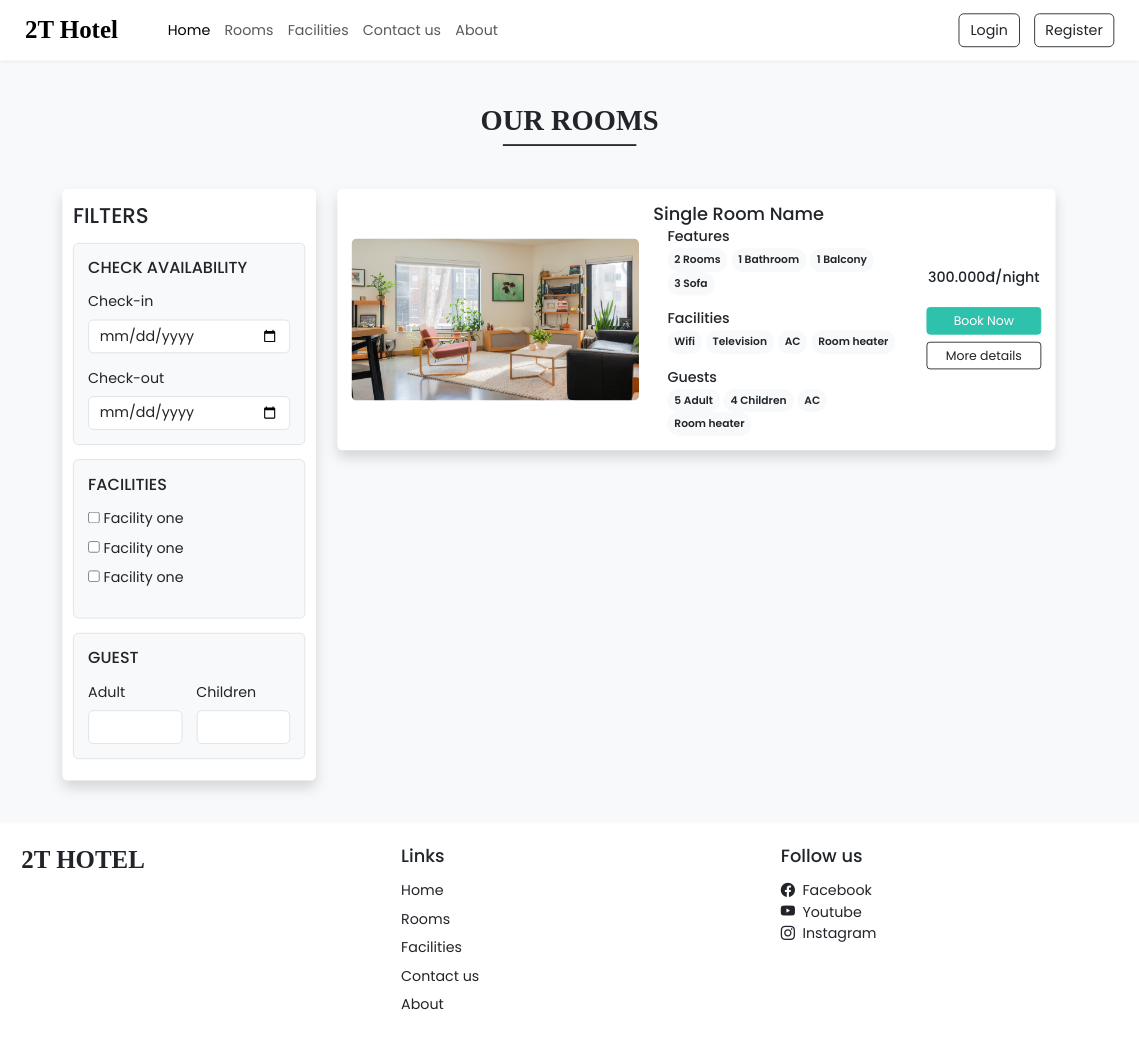
Repository: TaTongThanh2003/DoAnCoSo2024_BookingHotelWebsite
Page: http://localhost/WebsiteBookingHotel/rooms.php
An editor plug-in stored every save of this project. The page is shown before and after the next save, followed by the edit.
The browser window is 1280 px wide. The pictures show the whole page, at 89% of full size.
Some web fonts or font styles are not loaded; a fallback is used. The page is run by PHP 8.4 with error messages shown; the project is at /var/www/html/.

Above is the page before, as saved 2024-03-22 21:21:28.

### WebsiteBookingHotel/rooms.php
<!DOCTYPE html>
<html lang="en">

<head>
    <meta charset="UTF-8">
    <meta http-equiv="X-UA-Compatible" content="IE-edge">
    <meta name="viewport" content="width=device-width, initial-scale=1.0">
    <title>2T Hotel - ROOMS</title>
    <?php require('inc/links.php'); ?>
    <style>
    .pop:hover {
        border-top-color: var(--teal) !important;
        transform: scale(1.03);
        transition: all 0.3s;
    }
    </style>
    <link rel="stylesheet" href="https://cdn.jsdelivr.net/npm/swiper@11/swiper-bundle.min.css" />
    <style>
    @media screen and (max-width: 575px) {
        .availability-form {
            margin: 25px;
            padding: 0 35px;
        }
    }
    </style>
</head>

<body class="bg-light">
    <?php require('inc/header.php'); ?>

    <div class="my-5 px-4">
        <h2 class="fw-bold h-font text-center">OUR ROOMS</h2>
        <div class="h-line bg-dark"></div>
    </div>
    <div class="container">
        <div class="row">
            <div class="col-lg-3 col-md-12 mb-lg-0 mb-4 px-lg-0">
                <nav class="navbar navbar-expand-lg navbar-light bg-white rounded shadow ">
                    <div class="container-fluid flex-lg-column align-items-stretch">
                        <h4 class="mt-2">FILTERS</h4>
                        <button class="navbar-toggler " type="button" data-bs-toggle="collapse"
                            data-bs-target="#filterDropdown">
                            <span class="navbar-toggler-icon"></span>
                        </button>
                        <div class="collapse navbar-collapse flex-column align-items-stretch mt-2" id="filterDropdown">
                            <div class="border bg-light p-3 rounded mb-3">
                                <h5 class="mb-3" style="font-size: 18px;">CHECK AVAILABILITY</h5>
                                <label class="form-label">Check-in</label>
                                <input type="date" class="form-control shadow-none mb-3">
                                <label class="form-label">Check-out</label>
                                <input type="date" class="form-control shadow-none">
                            </div>
                            <div class="border bg-light p-3 rounded mb-3">
                                <h5 class="mb-3" style="font-size: 18px;">FACILITIES</h5>
                                <div class="mb-2">
                                    <input type="checkbox" id="f1" class="form-check-control shadow-none mb-3">
                                    <label class="form-check-label" for="f1">Facility one</label>
                                    <div class="mb-2">
                                        <input type="checkbox" id="f2" class="form-check-control shadow-none mb-3">
                                        <label class="form-check-label" for="f2">Facility one</label>
                                        <div class="mb-2">
                                            <input type="checkbox" id="f3" class="form-check-control shadow-none mb-3">
                                            <label class="form-check-label" for="f3">Facility one</label>
                                        </div>

                                    </div>
                                </div>
                            </div>
                            <div class="border bg-light p-3 rounded mb-3">
                                <h5 class="mb-3" style="font-size: 18px;">GUEST</h5>
                                <div class="d-flex">
                                    <div class="me-3">
                                        <label class="form-label">Adult</label>
                                        <input type="number" class="form-control shadow-none">
                                    </div>
                                    <div>
                                        <label class="form-label">Children</label>
                                        <input type="number" class="form-control shadow-none">
                                    </div>
                                </div>
                            </div>
                        </div>
                    </div>
                </nav>
            </div>

            <div class="col-lg-9 col-md-12 px-4">
                <div class="card mb-4 border-0 shadow">
                    <div class="row g-0 p-3 align-items-center ">
                        <div class="col-md-5 mb-lg-0 mb-md-0 mb-3">
                            <img src="images/rooms/1.jpg" class="img-fluid rounded">
                        </div>
                        <div class="col-md-5 px-lg-3 px-md-3 px-0">
                            <h5 class="mb-1">Single Room Name</h5>
                            <div class="features mb-3 px-lg-3">
                                <h6 class="mb-1">Features</h6>
                                <span class="badge rounded-pill bg-light text-dark text-wrap lh-base">
                                    2 Rooms
                                </span>
                                <span class="badge rounded-pill bg-light text-dark text-wrap lh-base">
                                    1 Bathroom
                                </span>
                                <span class="badge rounded-pill bg-light text-dark text-wrap lh-base">
                                    1 Balcony
                                </span>
                                <span class="badge rounded-pill bg-light text-dark text-wrap lh-base">
                                    3 Sofa
                                </span>
                            </div>
                            <div class="facilities mb-3 px-lg-3">
                                <h6 class="mb-1">Facilities</h6>
                                <span class="badge rounded-pill bg-light text-dark text-wrap lh-base">
                                    Wifi
                                </span>
                                <span class="badge rounded-pill bg-light text-dark text-wrap lh-base">
                                    Television
                                </span>
                                <span class="badge rounded-pill bg-light text-dark text-wrap lh-base">
                                    AC
                                </span>
                                <span class="badge rounded-pill bg-light text-dark text-wrap lh-base">
                                    Room heater
                                </span>
                            </div>
                            <div class="guests px-lg-3">
                                <h6 class="mb-1">Guests</h6>
                                <span class="badge rounded-pill bg-light text-dark text-wrap lh-base">
                                    5 Adult
                                </span>
                                <span class="badge rounded-pill bg-light text-dark text-wrap lh-base">
                                    4 Children
                                </span>
                                <span class="badge rounded-pill bg-light text-dark text-wrap lh-base">
                                    AC
                                </span>
                                <span class="badge rounded-pill bg-light text-dark text-wrap lh-base">
                                    Room heater
                                </span>
                            </div>
                        </div>
                        <div class="col-md-2 text-center">
                            <h6 class="mb-4">300.000đ/night</h6>
                            <a href="#" class="btn btn-sm w-100 text-white custom-bg shadow-none mb-2">Book Now</a>
                            <a href="#" class="btn btn-sm w-100 btn-outline-dark shadow-none">More details</a>
                        </div>
                    </div>
                </div>
            </div>
        </div>
    </div>

    <!-- footer -->
    <?php require('inc/footer.php'); ?>




    <!-- <script src="https://cdn.jsdelivr.net/npm/swiper@11/swiper-bundle.min.js"></script>
    <script src="https://cdn.jsdelivr.net/npm/bootstrap@5.3.3/dist/js/bootstrap.bundle.min.js"
        integrity="sha384-YvpcrYf0tY3lHB60NNkmXc5s9fDVZLESaAA55NDzOxhy9GkcIdslK1eN7N6jIeHz" crossorigin="anonymous">
    </script> -->
    <!-- <script>
    var swiper = new Swiper(".swiper-container", {
        spaceBetween: 30,
        effect: "fade",
        loop: true,
        autoplay: {
            delay: 3500,
            disableOnInteraction: false,
        }
    });
    var swiper = new Swiper(".swiper-testimonials", {
        effect: "coverflow",
        grabCursor: true,
        centeredSlides: true,
        slidesPerView: "auto",
        slidesPerView: "3",
        loop: true,
        coverflowEffect: {
            rotate: 50,
            stretch: 0,
            depth: 100,
            modifier: 1,
            slideShadows: false,
        },
        pagination: {
            el: ".swiper-pagination",
        },
        breakpoints: {
            320: {
                slidesPerView: 1,
            },
            640: {
                slidesPerView: 1,
            },
            768: {
                slidesPerView: 2,
            },
            1024: {
                slidesPerView: 3,
            },
        }
    });
    </script> -->
</body>

</html>

### WebsiteBookingHotel/inc/links.php
<link href="https://cdn.jsdelivr.net/npm/bootstrap@5.3.3/dist/css/bootstrap.min.css" rel="stylesheet"
    integrity="sha384-QWTKZyjpPEjISv5WaRU9OFeRpok6YctnYmDr5pNlyT2bRjXh0JMhjY6hW+ALEwIH" crossorigin="anonymous">
<link href="https://fonts.googleapis.com/css2?family=Merienda:wght@400;700&family=Poppins:wght@400;500;600&display=swap"
    rel="stylesheet">
<link rel="stylesheet" href="https://cdn.jsdelivr.net/npm/bootstrap-icons@1.11.3/font/bootstrap-icons.min.css">
<link rel="stylesheet" href="css/common.css">

### WebsiteBookingHotel/inc/footer.php
<div class="container-fluid bg-white mt-5">
    <div class="row">
        <div class="col-lg-4 p-4">
            <h3 class="h-font fw-bold fs-3">2T HOTEL</h3>
            <p>

            </p>
        </div>
        <div class="col-lg-4 p-4">
            <h5 class="mb-3">Links</h5>
            <a href="#" class="d-inline-block mb-2 text-dark text-decoration-none">Home</a><br>
            <a href="#" class="d-inline-block mb-2 text-dark text-decoration-none">Rooms</a><br>
            <a href="#" class="d-inline-block mb-2 text-dark text-decoration-none">Facilities</a><br>
            <a href="#" class="d-inline-block mb-2 text-dark text-decoration-none">Contact us</a><br>
            <a href="#" class="d-inline-block mb-2 text-dark text-decoration-none">About</a>
        </div>
        <div class="col-lg-4 p-4">
            <h5 class="mb-3">Follow us</h5>
            <a href="#" class="d-inline-block text-dark text-decoration-none md-2">
                <i class="bi bi-facebook me-1"></i> Facebook
            </a><br>
            <a href="#" class="d-inline-block text-dark text-decoration-none md-2">
                <i class="bi bi-youtube me-1"></i> Youtube
            </a><br>
            <a href="#" class="d-inline-block text-dark text-decoration-none ">
                <i class="bi bi-instagram me-1"></i> Instagram
            </a><br>
        </div>
    </div>
</div>

### WebsiteBookingHotel/css/common.css
:root{
    --teal: #2ec1ac;
    --teal_hover: #279e8c;
}

* {
    font-family: 'Poppins', sans-serif;
}

.h-font {
    font-family: 'Merienda', cursive;
}

input::-webkit-outer-spin-button,
input::-webkit-inner-spin-button {
    -webkit-appearance: none;
    margin: 0;
}

/* input[type=number] {
    -moz-appearance: textfield;
} */

.custom-bg {
    background-color: var(--teal);
    border: 1px solid var(--teal);
}

.custom-bg:hover {
    background-color: var(--teal_hover);
    border-color: var(--teal_hover);
}

.availability-form {
    margin-top: -50px;
    z-index: 2;
    position: relative;
}
.h-line{
    width: 150px ;
    margin: 0 auto;
    height: 1.7px;
}

Loaded but not shown: WebsiteBookingHotel/inc/header.php (149 lines, source omitted)

After the next save:
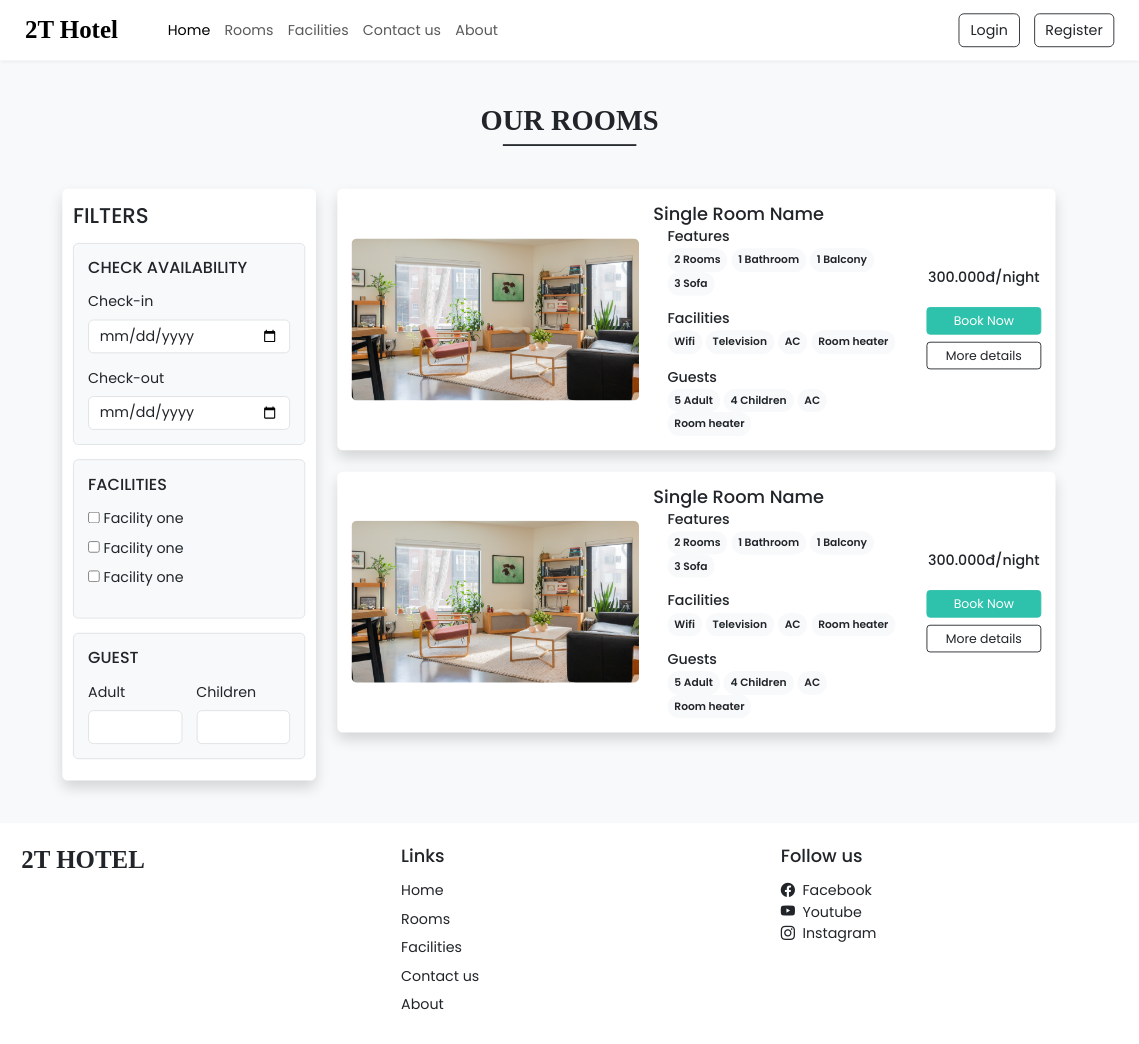
Saved 44 s later.
--- a/WebsiteBookingHotel/rooms.php
+++ b/WebsiteBookingHotel/rooms.php
@@ -85,6 +85,66 @@
             </div>
 
             <div class="col-lg-9 col-md-12 px-4">
+                <div class="card mb-4 border-0 shadow">
+                    <div class="row g-0 p-3 align-items-center ">
+                        <div class="col-md-5 mb-lg-0 mb-md-0 mb-3">
+                            <img src="images/rooms/1.jpg" class="img-fluid rounded">
+                        </div>
+                        <div class="col-md-5 px-lg-3 px-md-3 px-0">
+                            <h5 class="mb-1">Single Room Name</h5>
+                            <div class="features mb-3 px-lg-3">
+                                <h6 class="mb-1">Features</h6>
+                                <span class="badge rounded-pill bg-light text-dark text-wrap lh-base">
+                                    2 Rooms
+                                </span>
+                                <span class="badge rounded-pill bg-light text-dark text-wrap lh-base">
+                                    1 Bathroom
+                                </span>
+                                <span class="badge rounded-pill bg-light text-dark text-wrap lh-base">
+                                    1 Balcony
+                                </span>
+                                <span class="badge rounded-pill bg-light text-dark text-wrap lh-base">
+                                    3 Sofa
+                                </span>
+                            </div>
+                            <div class="facilities mb-3 px-lg-3">
+                                <h6 class="mb-1">Facilities</h6>
+                                <span class="badge rounded-pill bg-light text-dark text-wrap lh-base">
+                                    Wifi
+                                </span>
+                                <span class="badge rounded-pill bg-light text-dark text-wrap lh-base">
+                                    Television
+                                </span>
+                                <span class="badge rounded-pill bg-light text-dark text-wrap lh-base">
+                                    AC
+                                </span>
+                                <span class="badge rounded-pill bg-light text-dark text-wrap lh-base">
+                                    Room heater
+                                </span>
+                            </div>
+                            <div class="guests px-lg-3">
+                                <h6 class="mb-1">Guests</h6>
+                                <span class="badge rounded-pill bg-light text-dark text-wrap lh-base">
+                                    5 Adult
+                                </span>
+                                <span class="badge rounded-pill bg-light text-dark text-wrap lh-base">
+                                    4 Children
+                                </span>
+                                <span class="badge rounded-pill bg-light text-dark text-wrap lh-base">
+                                    AC
+                                </span>
+                                <span class="badge rounded-pill bg-light text-dark text-wrap lh-base">
+                                    Room heater
+                                </span>
+                            </div>
+                        </div>
+                        <div class="col-md-2 text-center">
+                            <h6 class="mb-4">300.000đ/night</h6>
+                            <a href="#" class="btn btn-sm w-100 text-white custom-bg shadow-none mb-2">Book Now</a>
+                            <a href="#" class="btn btn-sm w-100 btn-outline-dark shadow-none">More details</a>
+                        </div>
+                    </div>
+                </div>
                 <div class="card mb-4 border-0 shadow">
                     <div class="row g-0 p-3 align-items-center ">
                         <div class="col-md-5 mb-lg-0 mb-md-0 mb-3">
